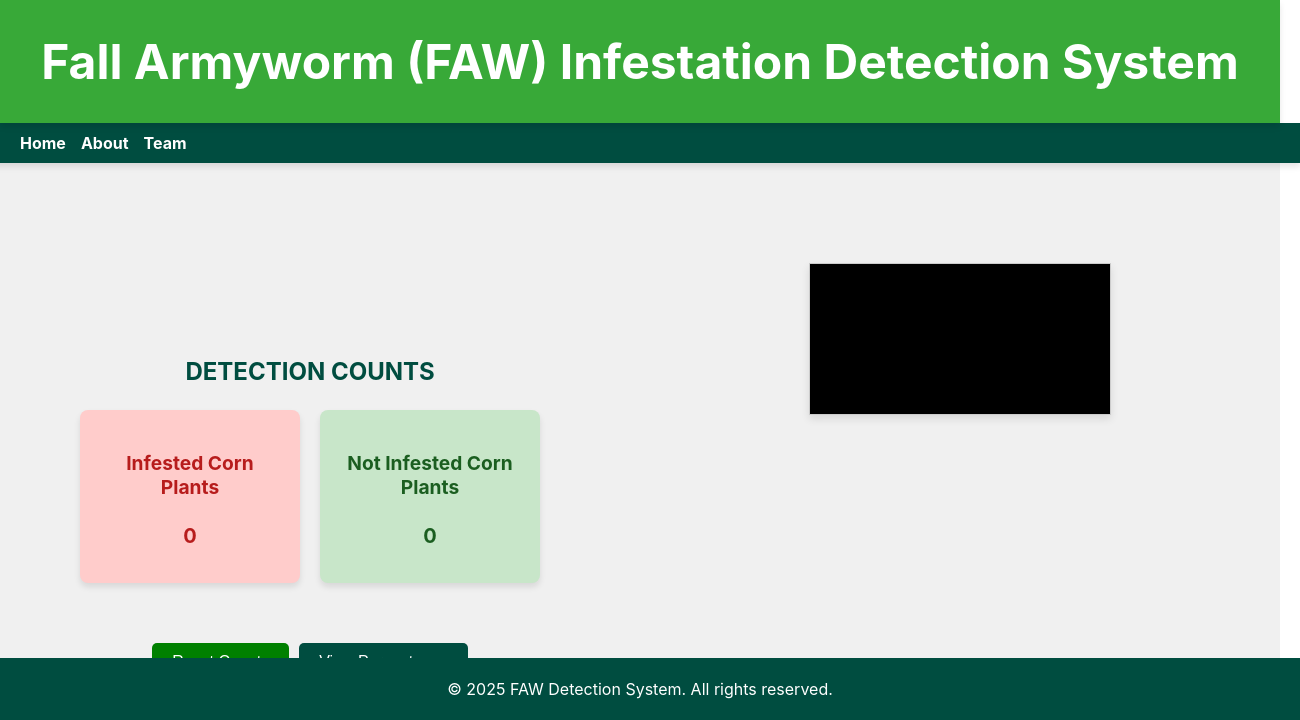
Repository: jansen223/faw-detection-main
Page: /
These files come from the project's save history. The page is drawn as it stood at one moment and after the next save; the edit follows.
The browser window is 1280 px wide. The page is 1300 px wide, so the pictures cover 1300 px, including what lies to the right of the window. The pictures show the whole page.
The page's requests for data from a server got no answer. The project was rebuilt for these pictures with package versions that can differ from the ones it lists, and the page was loaded fresh each time. No one was signed in, and anything a server would have sent is missing. Also part of the build but not shown: src/pages/About.css, src/pages/About.js, src/pages/Team.css, src/pages/Team.js, src/pages/Percentages.css, src/pages/Percentages.js.

Above is the page before, as saved 2025-04-10 14:59:45.

After the next save:
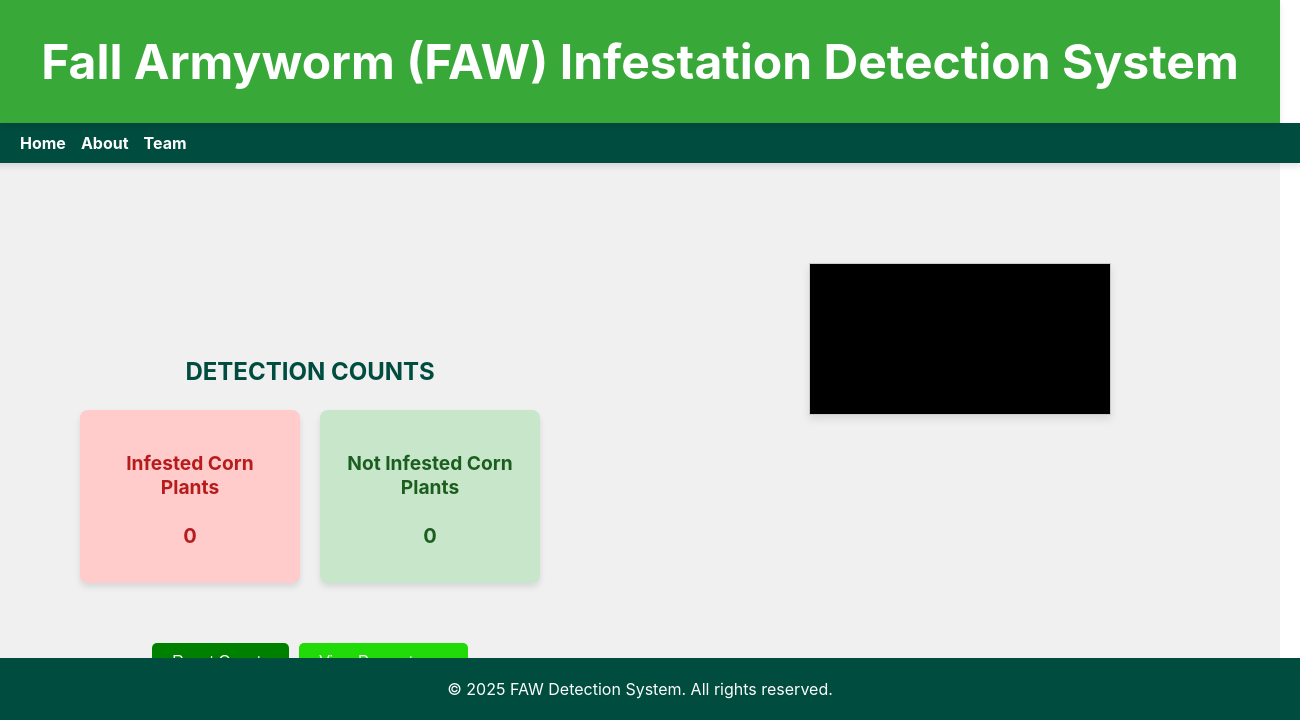
Saved 2 min 11 s later.
--- a/src/pages/Home.css
+++ b/src/pages/Home.css
@@ -93,10 +93,10 @@ canvas {
 }
 
 .view-percentages-button {
-  margin-top: 20px; /* Add spacing above the button */
-  margin-left: 10px; /* Optional: Add spacing to the left */
+  margin-top: 20px;
+  margin-left: 10px;
   padding: 10px 20px;
-  background-color: #004d40;
+  background-color: #20db08;
   color: white;
   border: none;
   border-radius: 5px;
@@ -106,5 +106,5 @@ canvas {
 }
 
 .view-percentages-button:hover {
-  background-color: #00332e;
+  background-color: #139202;
 }
